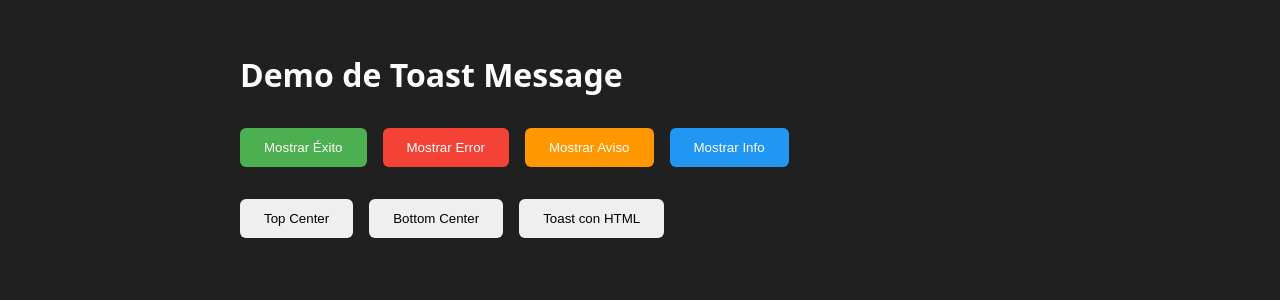
Repository: aitorcachero/aicadev-toast-message
Page: index.html
An editor plug-in stored every save of this project. The page is shown before and after the next save, followed by the edit.
The browser window is 1280 px wide. The pictures show the whole page.

Above is the page before, as saved 2025-05-22 11:25:28.

### index.html
<!DOCTYPE html>
<html lang="es">

<head>
  <meta charset="UTF-8" />
  <title>Toast Message Demo</title>
  <style>
    body {
      font-family: system-ui, -apple-system, sans-serif;
      max-width: 800px;
      margin: 0 auto;
      padding: 2rem;
      background-color: rgb(32, 32, 32);
    }

    h1 {
      color: white;
    }

    .button-group {
      display: flex;
      gap: 1rem;
      flex-wrap: wrap;
      margin: 2rem 0;
    }

    button {
      padding: 0.75rem 1.5rem;
      border: none;
      border-radius: 6px;
      cursor: pointer;
      font-weight: 500;
      transition: all 0.2s;
    }

    button:hover {
      transform: translateY(-2px);
    }

    .success {
      background: #4caf50;
      color: white;
    }

    .error {
      background: #f44336;
      color: white;
    }

    .warning {
      background: #ff9800;
      color: white;
    }

    .info {
      background: #2196f3;
      color: white;
    }
  </style>
</head>

<body>
  <h1>Demo de Toast Message</h1>

  <div class="button-group">
    <button class="success"
      onclick="showToast('¡Operación completada con éxito!', 'success', 3000, 'bottom-right', true)">
      Mostrar Éxito
    </button>

    <button class="error" onclick="showToast('Ha ocurrido un error', 'error', 4000, 'bottom-right', true)">
      Mostrar Error
    </button>

    <button class="warning" onclick="showToast('Advertencia: Acción pendiente', 'warning', 3000, 'bottom-right', true)">
      Mostrar Aviso
    </button>

    <button class="info" onclick="showToast('Información importante', 'info', 3000, 'bottom-right', true)">
      Mostrar Info
    </button>
  </div>

  <div class="button-group">
    <button onclick="showToast('Toast en la parte superior', 'info', 3000, 'top-center')">
      Top Center
    </button>

    <button onclick="showToast('Toast en la parte inferior', 'info', 3000, 'bottom-center')">
      Bottom Center
    </button>

    <button onclick="showToast('<strong>HTML</strong> está permitido!', 'success', 3000, 'top-right', true)">
      Toast con HTML
    </button>
  </div>

  <script type="module">
    import './src/toast-message.js';

    window.showToast = function (message, type = 'info', duration = 3000, position = 'top-right', closeable = false) {
      const toast = document.createElement('toast-message');
      toast.innerHTML = message;
      toast.setAttribute('type', type);
      toast.setAttribute('duration', duration);
      toast.setAttribute('position', position);
      if (closeable) {
        toast.setAttribute('closeable', '');
      }
      document.body.appendChild(toast);
    };
  </script>
</body>

</html>

### src/toast-message.js
export class ToastMessage extends HTMLElement {
  static toasts = {
    'top-right': [],
    'top-left': [],
    'top-center': [],
    'bottom-right': [],
    'bottom-left': [],
    'bottom-center': [],
  };

  constructor() {
    super();
    this.attachShadow({ mode: 'open' });
  }

  connectedCallback() {
    const type = this.getAttribute('type') || 'info';
    const duration = parseInt(this.getAttribute('duration')) || 3000;
    const position = this.getAttribute('position') || 'top-right';
    const message = this.innerHTML;
    const closeable = this.hasAttribute('closeable');

    // Configurar posición inicial
    this.style.position = 'fixed';
    this.style.zIndex = '9999';

    // Reducido el espacio entre toasts a 60px (40px del toast + 20px de espacio)
    if (position.includes('bottom')) {
      const bottomOffset = 20 + ToastMessage.toasts[position].length * 60;
      this.style.bottom = `${bottomOffset}px`;
    } else {
      const topOffset = 20 + ToastMessage.toasts[position].length * 60;
      this.style.top = `${topOffset}px`;
    }

    // Posicionamiento horizontal
    if (position.includes('left')) {
      this.style.left = '20px';
    } else if (position.includes('right')) {
      this.style.right = '20px';
    } else {
      this.style.left = '50%';
      this.style.transform = 'translateX(-50%)';
    }

    // Añadir al array
    ToastMessage.toasts[position].push(this);

    const colors = {
      success: '#4caf50',
      error: '#f44336',
      warning: '#ff9800',
      info: '#2196f3',
    };

    const icon = {
      success: '✔️',
      error: '❌',
      warning: '⚠️',
      info: 'ℹ️',
    };

    const style = `
      :host {
        display: block;
        opacity: 0;
        animation: fadeIn 0.3s ease-out forwards;
      }

      .toast {
        background: ${colors[type]};
        color: white;
        padding: 0.75rem 1rem; /* Reducido el padding vertical */
        margin: 0.25rem 0; /* Reducido el margen */
        border-radius: 8px;
        box-shadow: 0 4px 12px rgba(0, 0, 0, 0.2);
        font-family: system-ui, -apple-system, sans-serif;
        font-size: 0.9rem;
        min-width: 250px;
        max-width: 350px;
        display: flex;
        align-items: center;
        justify-content: space-between;
        opacity: 0.95;
        transition: all 0.3s ease;
      }

      .toast.fade-out {
        opacity: 0;
        transform: translateX(${position.includes('right') ? '100%' : '-100%'});
      }

      .toast:hover {
        opacity: 1;
        box-shadow: 0 6px 16px rgba(0, 0, 0, 0.3);
      }

      .content {
        display: flex;
        align-items: center;
        gap: 8px;
        flex: 1;
      }

      .close-btn {
        background: none;
        border: none;
        color: white;
        cursor: pointer;
        padding: 0 4px;
        font-size: 1.2rem;
        opacity: 0.7;
        transition: opacity 0.2s;
      }

      .close-btn:hover {
        opacity: 1;
      }

      @keyframes fadeIn {
        from {
          opacity: 0;
          transform: translateX(${
            position.includes('right') ? '100%' : '-100%'
          });
        }
        to {
          opacity: 1;
          transform: translateX(0);
        }
      }
    `;

    const closeButton = closeable
      ? '<button class="close-btn" aria-label="Cerrar notificación">×</button>'
      : '';

    this.shadowRoot.innerHTML = `
      <style>${style}</style>
      <div class="toast" role="alert" aria-live="polite">
        <div class="content">
          <span aria-hidden="true">${icon[type]}</span>
          <span>${message}</span>
        </div>
        ${closeButton}
      </div>
    `;

    if (closeable) {
      this.shadowRoot
        .querySelector('.close-btn')
        .addEventListener('click', () => {
          this.startRemoval();
        });
    }

    if (duration !== 0) {
      setTimeout(() => this.startRemoval(), duration);
    }
  }

  startRemoval() {
    const toast = this.shadowRoot.querySelector('.toast');
    const position = this.getAttribute('position') || 'top-right';

    toast.classList.add('fade-out');

    setTimeout(() => {
      const index = ToastMessage.toasts[position].indexOf(this);
      if (index > -1) {
        ToastMessage.toasts[position].splice(index, 1);
        this.remove();
        this.updateRemainingToasts(position);
      }
    }, 300);
  }

  updateRemainingToasts(position) {
    const toasts = ToastMessage.toasts[position];
    toasts.forEach((toast, i) => {
      if (position.includes('bottom')) {
        toast.style.bottom = `${20 + i * 60}px`; // Actualizado el espaciado
      } else {
        toast.style.top = `${20 + i * 60}px`; // Actualizado el espaciado
      }
    });
  }

  disconnectedCallback() {
    const closeBtn = this.shadowRoot.querySelector('.close-btn');
    if (closeBtn) {
      closeBtn.removeEventListener('click', () => this.startRemoval());
    }
  }
}

if (!customElements.get('toast-message')) {
  customElements.define('toast-message', ToastMessage);
}

After the next save:
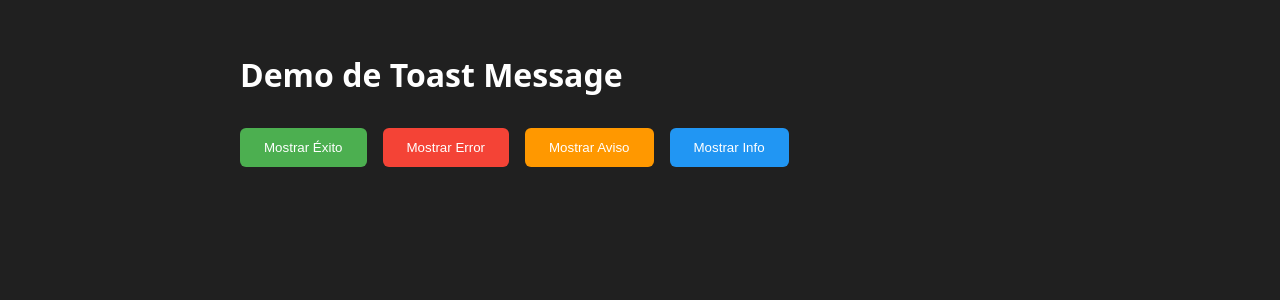
Saved 5 h 36 min later.
--- a/index.html
+++ b/index.html
@@ -82,17 +82,7 @@
   </div>
 
   <div class="button-group">
-    <button onclick="showToast('Toast en la parte superior', 'info', 3000, 'top-center')">
-      Top Center
-    </button>
 
-    <button onclick="showToast('Toast en la parte inferior', 'info', 3000, 'bottom-center')">
-      Bottom Center
-    </button>
-
-    <button onclick="showToast('<strong>HTML</strong> está permitido!', 'success', 3000, 'top-right', true)">
-      Toast con HTML
-    </button>
   </div>
 
   <script type="module">
